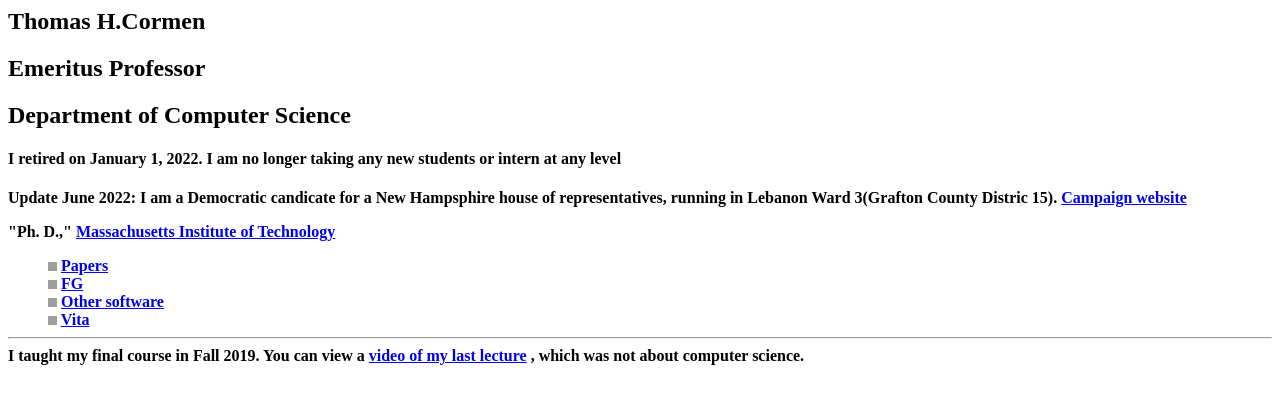
Repository: HoangDuy315/web-dev2022
Page: index.html
An editor plug-in stored every save of this project. The page is shown before and after the next save, followed by the edit.
The browser window is 1280 px wide. The pictures show the whole page.
Pictures or frames that could not be fetched are drawn as grey boxes.

Above is the page before, as saved 2022-09-22 14:20:56.

### index.html
<html lang="en">
<head>
    <meta charset="UTF-8">
    <meta http-equiv="X-UA-Compatible" content="IE=edge">
    <meta name="viewport" content="width=device-width, initial-scale=1.0">
    <link rel="stylesheet" href="style.css">
    <title>Document</title>
</head>
<body>
    <div class="duy">
        <h2>Thomas H.Cormen</h2>
        <h2>Emeritus Professor</h2>
        <h2>Department of Computer Science</h2>
    </div>
    <h4>I retired on January 1, 2022. I am no longer taking any new students or intern at any level</h4>
    <h4>Update June 2022: I am a Democratic candicate for a
    New Hampsphire house of representatives, running in Lebanon Ward 3(Grafton County Distric 15). <a href="https://cormenfornh.com">Campaign website</a>
    <p>
        "Ph. D.,"
        <a href="http://www.csail.mit.edu/">Massachusetts Institute of
        Technology</a>
    </p>
    <dd>
        <b>
        <img src="images/yellowsq.gif" alt="*" width="9" height="9" >
          <a href="papers.html">Papers</a><br>
        <img src="images/yellowsq.gif" alt="*" width="9" height="9" >
             <a href="http://www.cs.dartmouth.edu/FG/">FG</a>
             <!-- <a href="http://www.cs.dartmouth.edu/FG/"><IMG SRC="new.gif" ALT="*" ALIGN=center border=0></a> --><br>
        <img src="images/yellowsq.gif" alt="*" width="9" height="9" >
           <a href="software.html">Other software</a><br>
        <img src="images/yellowsq.gif" alt="*" width="9" height="9" >
             <a href="cormen-vita.pdf">Vita</a>
        </b>


    </dd>

    <hr>
        I taught my final course in Fall 2019.  You can view a
        <a href="https://www.youtube.com/watch?v=7uQRrNdpMsU&amp;t=1329s">video of my
        last lecture</a>
        , which was not about computer science.
    </hr>


</body>
</html>

### style.css
.duy {

}

After the next save:
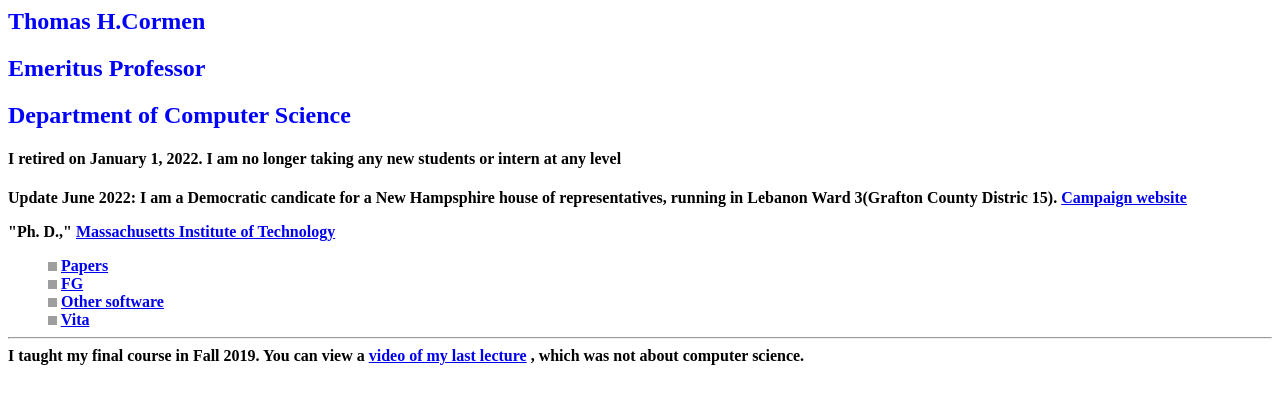
Saved 5 s later.
--- a/style.css
+++ b/style.css
@@ -1,3 +1,3 @@
 .duy {
-
+    color: blue;
 }
